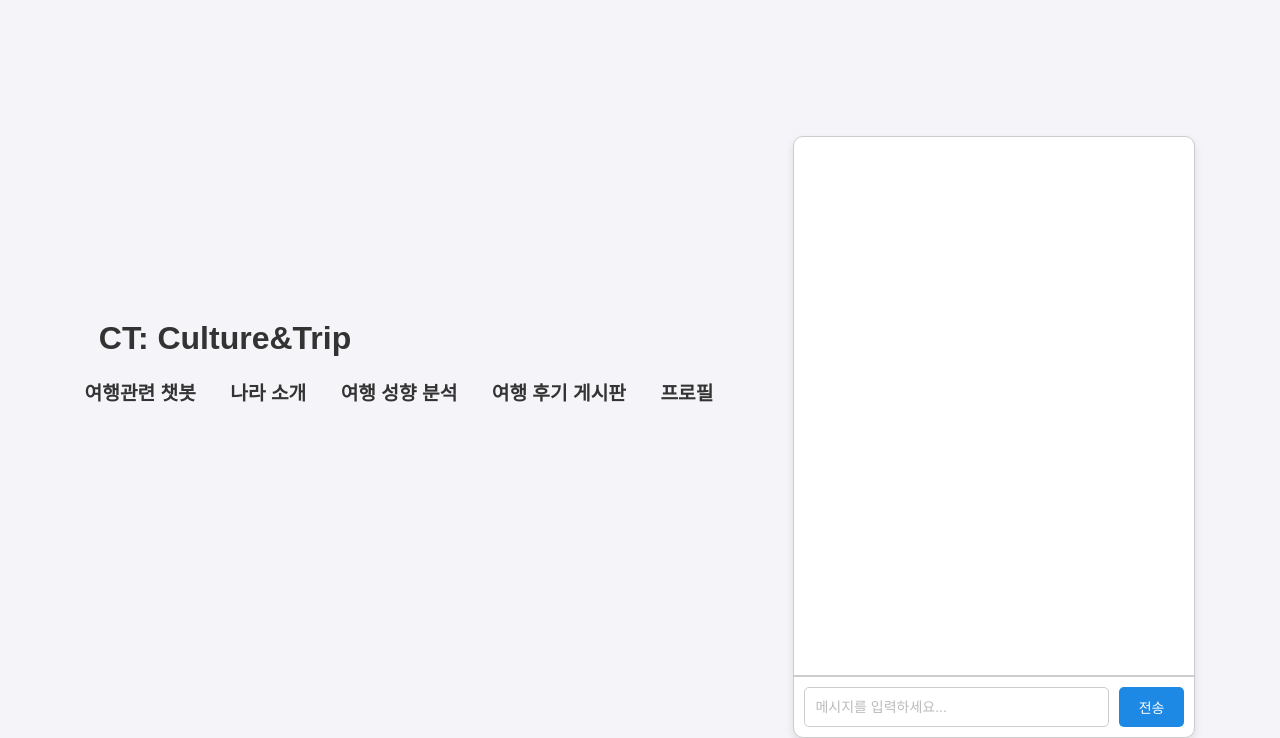
Repository: LifeIsRightward/WebServer
Page: http://localhost/JSPBook/Project/View/Chatbot.jsp?id=null
The author's editor kept a copy of each file at every save. The page is drawn from the files as they stood at one save, then again after the next save.
The browser window is 1280 px wide. The pictures show the whole page.
The page is served by Tomcat 9. Other server files are loaded and not shown.

Above is the page before, as saved 2024-06-09 18:49:13.

### JSPBook/src/main/webapp/Project/View/Chatbot.jsp
<%@ page language="java" contentType="text/html; charset=UTF-8"
    pageEncoding="UTF-8"%>
<!DOCTYPE html>
<html>
<head>
<meta charset="EUC-KR">
<title>Insert title here</title>
<script src="https://code.jquery.com/jquery-3.4.1.js"></script>
<style>
    body {
        display: flex;
        justify-content: center;
        align-items: center;
        height: 100vh;
        margin: 0;
        background-color: #f4f4f9;
        font-family: Arial, sans-serif;
    }
    .message {
        border-top: 1px solid #ccc;
        padding: 10px;
        margin-top: 5px;
        background-color: #ffffff;
        border-radius: 5px;
        box-shadow: 0 1px 3px rgba(0, 0, 0, 0.1);
    }
    .message:nth-child(odd) {
        background-color: #f1f1f1;
    }
    #chat-container {
        width: 400px;
        height: 600px;
        display: flex;
        flex-direction: column;
        border: 1px solid #ccc;
        border-radius: 10px;
        box-shadow: 0 4px 8px rgba(0, 0, 0, 0.1);
        background-color: #fff;
        margin-top: 12%;
    }
    #chat-messages {
        flex: 1;
        overflow-y: auto;
        padding: 20px;
        display: flex;
        flex-direction: column-reverse;
        border-bottom: 1px solid #ccc;
    }
    #user-input {
        display: flex;
        padding: 10px;
        border-top: 1px solid #ccc;
    }
    #user-input input {
        flex: 1;
        padding: 10px;
        outline: none;
        border: 1px solid #ccc;
        border-radius: 5px;
        margin-right: 10px;
        font-size: 14px;
    }
    #user-input input::placeholder {
        color: #bbb;
    }
    #user-input button {
        border: none;
        background-color: #1e88e5;
        color: white;
        padding: 10px 20px;
        border-radius: 5px;
        cursor: pointer;
        font-size: 14px;
    }
    #user-input button:hover {
        background-color: #1565c0;
    }
    #user-input button:active {
        background-color: #0d47a1;
    }

    header > h1{
	margin-left:2%;
}

h1 > a{
	text-decoration: none; /* 기본 텍스트 장식 제거 */
	color: #333; /* 링크 색상 */
}

nav ul {
    list-style: none; /* 기본 목록 스타일 제거 */
    margin-right: 50px;
    padding: 0; /* 여백 제거 */
    text-align: right; /* 오른쪽 정렬 */
}

nav li {
    display: inline-block; /* li 요소를 가로로 나열 */
    margin-right: 30px; /* 각 li 요소 사이 여백 */
}

nav a {
    color: #333; /* 링크 색상 */
    text-decoration: none; /* 기본 텍스트 장식 제거 */
    font-weight: bold; /* 글씨체 강조 */
    font-size: 1.2em;
}

nav a:hover {
    color: #408080; /* 마우스 호버 시 링크 색상 변경 */
}

</style>
</head>
<body>
	<%
    	request.setCharacterEncoding("utf-8");
    	String uid = request.getParameter("id");
    %>
	<header>
        <h1><a href="index.jsp?id=<%=uid%>">CT: Culture&Trip</a></h1>
        <nav>
            <ul>
            	<li><a href="Chatbot.jsp?id=<%=uid%>">여행관련 챗봇</a></li>
                <li><a href="NationalInfo/nationalinfo.jsp?id=<%=uid%>">나라 소개</a></li>
                <li><a href="https://stti.tripbuilder.co.kr/">여행 성향 분석</a></li>
                <li><a href="tripcommunity.jsp?id=<%=uid%>">여행 후기 게시판</a></li>
                <li><a href="profile.jsp?id=<%=uid%>">프로필</a></li>
            </ul>
        </nav>
    </header>
    <div id="chat-container">
        <div id="chat-messages"></div>
        <div id="user-input">
            <input type="text" placeholder="메시지를 입력하세요..." />
            <button>전송</button>
        </div>
    </div>
    <script type="text/javascript" src="../js/Chatbot.js"></script>
</body>
</html>

### JSPBook/src/main/webapp/Project/js/Chatbot.js
// 채팅 메시지를 표시할 DOM
const chatMessages = document.querySelector('#chat-messages');

// 사용자 입력 필드
const userInput = document.querySelector('#user-input input');

// 전송 버튼
const sendButton = document.querySelector('#user-input button');

// 발급받은 OpenAI API 키를 변수로 저장(주 계정)
const apiKey = 'sk-proj-Jqxf9kRHs1TAusLjZHUaT3BlbkFJgy2ptzOiuK0lfbx0xLxR';
// 발급받은 OpenAI API 키를 변수로 저장(부 계정)
//const apiKey = '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';


// OpenAI API 엔드포인트 주소를 변수로 저장
const apiEndpoint = 'https://api.openai.com/v1/chat/completions';

function addMessage(sender, message) {
    // 새로운 div 생성
    const messageElement = document.createElement('div');
    // 생성된 요소에 클래스 추가
    messageElement.className = 'message';
    // 채팅 메시지 목록에 새로운 메시지 추가
    messageElement.textContent = `${sender}: ${message}`;
    chatMessages.prepend(messageElement);
}

// ChatGPT API 요청
async function fetchAIResponse(prompt) {
    // API 요청에 사용할 옵션을 정의
    const requestOptions = {
        method: 'POST',
        // API 요청의 헤더를 설정
        headers: {
            'Content-Type': 'application/json',
            'Authorization': `Bearer ${apiKey}`
        },
        body: JSON.stringify({
            model: "gpt-3.5-turbo",  // 사용할 AI 모델
            messages: [{
                role: "user", // 메시지 역할을 user로 설정
                content: prompt // 사용자가 입력한 메시지
            }],
            temperature: 0.8, // 모델의 출력 다양성
            max_tokens: 1024, // 응답받을 메시지 최대 토큰(단어) 수 설정
            top_p: 1, // 토큰 샘플링 확률을 설정
            frequency_penalty: 0.5, // 일반적으로 나오지 않는 단어를 억제하는 정도
            presence_penalty: 0.5, // 동일한 단어나 구문이 반복되는 것을 억제하는 정도
            stop: ["Human"] // 생성된 텍스트에서 종료 구문을 설정
        })
    };

    //API 요청후 응답 처리
    try {
        const response = await fetch(apiEndpoint, requestOptions);
        const data = await response.json();

        // 응답에서 choices 배열이 존재하는지 확인
        if (!data.choices || data.choices.length === 0) {
            throw new Error('API 응답에 choices 배열이 없습니다.');
        }

        const aiResponse = data.choices[0].message.content;
        return aiResponse;
    } catch (error) {
        console.error('OpenAI API 호출 중 오류 발생:', error);
        return 'OpenAI API 호출 중 오류 발생';
    }
}

// 전송 버튼 클릭 이벤트 처리
sendButton.addEventListener('click', async () => {
    // 사용자가 입력한 메시지
    const message = userInput.value.trim();
    // 메시지가 비어있으면 리턴
    if (message.length === 0) return;
    // 사용자 메시지 화면에 추가
    addMessage('나', message);
    userInput.value = '';
    //ChatGPT API 요청후 답변을 화면에 추가
    const aiResponse = await fetchAIResponse(message);
    addMessage('챗봇', aiResponse);
});

// 사용자 입력 필드에서 Enter 키 이벤트를 처리
userInput.addEventListener('keydown', (event) => {
    if (event.key === 'Enter') {
        sendButton.click();
    }
});

After the next save:
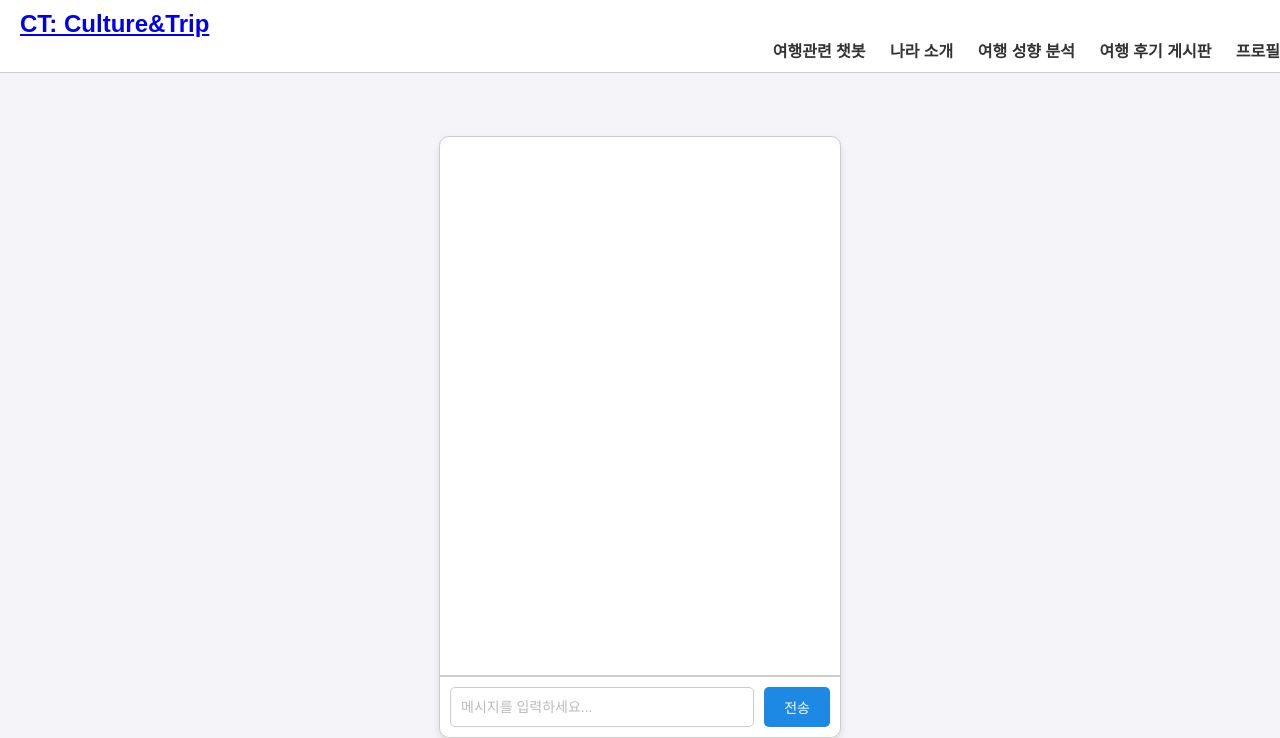
Saved 2 min 29 s later.
--- a/JSPBook/src/main/webapp/Project/View/Chatbot.jsp
+++ b/JSPBook/src/main/webapp/Project/View/Chatbot.jsp
@@ -79,37 +79,46 @@
         background-color: #0d47a1;
     }
 
-    header > h1{
-	margin-left:2%;
+header {
+    position: fixed;
+    top: 0;
+    left: 0;
+    width: 100%;
+    background-color: #ffffff; /* header 배경색 설정 */
+    border-bottom: 1px solid #ccc; /* header와 content 사이에 구분선 추가 */
+    z-index: 1000; /* 다른 요소 위에 표시되도록 z-index 설정 */
+    padding: 10px 20px; /* header 내부 padding 설정 */
 }
 
-h1 > a{
-	text-decoration: none; /* 기본 텍스트 장식 제거 */
-	color: #333; /* 링크 색상 */
+header > h1 {
+    margin: 0;
+    font-size: 24px; /* 제목 글자 크기 설정 */
+}
+
+nav {
+    float: right; /* 네비게이션 메뉴를 오른쪽으로 배치 */
 }
 
 nav ul {
-    list-style: none; /* 기본 목록 스타일 제거 */
-    margin-right: 50px;
-    padding: 0; /* 여백 제거 */
-    text-align: right; /* 오른쪽 정렬 */
+    margin: 0;
+    padding: 0;
 }
 
 nav li {
-    display: inline-block; /* li 요소를 가로로 나열 */
-    margin-right: 30px; /* 각 li 요소 사이 여백 */
+    display: inline-block;
+    margin-right: 20px;
 }
 
 nav a {
-    color: #333; /* 링크 색상 */
-    text-decoration: none; /* 기본 텍스트 장식 제거 */
-    font-weight: bold; /* 글씨체 강조 */
-    font-size: 1.2em;
+    color: #333;
+    text-decoration: none;
+    font-weight: bold;
 }
 
 nav a:hover {
-    color: #408080; /* 마우스 호버 시 링크 색상 변경 */
+    color: #408080;
 }
+
 
 </style>
 </head>

After the save that followed:
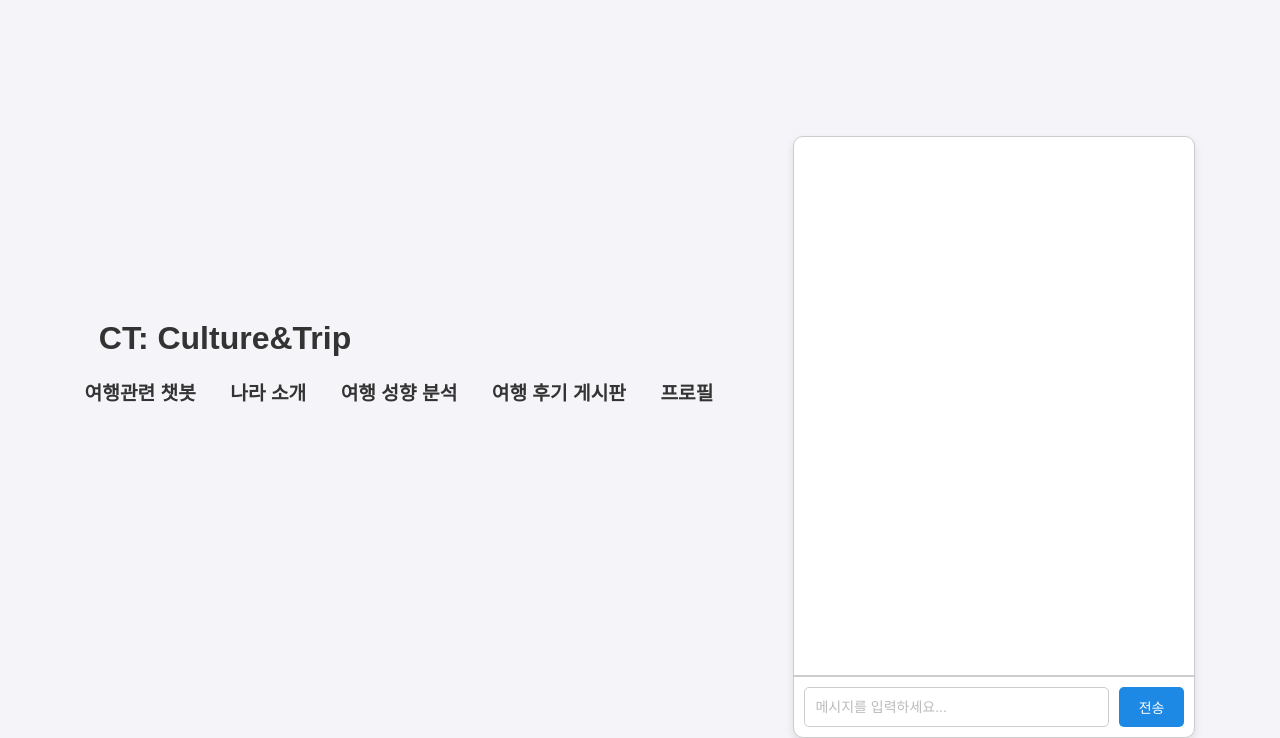
Saved 20 s later.
--- a/JSPBook/src/main/webapp/Project/View/Chatbot.jsp
+++ b/JSPBook/src/main/webapp/Project/View/Chatbot.jsp
@@ -79,46 +79,37 @@
         background-color: #0d47a1;
     }
 
-header {
-    position: fixed;
-    top: 0;
-    left: 0;
-    width: 100%;
-    background-color: #ffffff; /* header 배경색 설정 */
-    border-bottom: 1px solid #ccc; /* header와 content 사이에 구분선 추가 */
-    z-index: 1000; /* 다른 요소 위에 표시되도록 z-index 설정 */
-    padding: 10px 20px; /* header 내부 padding 설정 */
+header > h1{
+	margin-left:2%;
 }
 
-header > h1 {
-    margin: 0;
-    font-size: 24px; /* 제목 글자 크기 설정 */
-}
-
-nav {
-    float: right; /* 네비게이션 메뉴를 오른쪽으로 배치 */
+h1 > a{
+	text-decoration: none; /* 기본 텍스트 장식 제거 */
+	color: #333; /* 링크 색상 */
 }
 
 nav ul {
-    margin: 0;
-    padding: 0;
+    list-style: none; /* 기본 목록 스타일 제거 */
+    margin-right: 50px;
+    padding: 0; /* 여백 제거 */
+    text-align: right; /* 오른쪽 정렬 */
 }
 
 nav li {
-    display: inline-block;
-    margin-right: 20px;
+    display: inline-block; /* li 요소를 가로로 나열 */
+    margin-right: 30px; /* 각 li 요소 사이 여백 */
 }
 
 nav a {
-    color: #333;
-    text-decoration: none;
-    font-weight: bold;
+    color: #333; /* 링크 색상 */
+    text-decoration: none; /* 기본 텍스트 장식 제거 */
+    font-weight: bold; /* 글씨체 강조 */
+    font-size: 1.2em;
 }
 
 nav a:hover {
-    color: #408080;
+    color: #408080; /* 마우스 호버 시 링크 색상 변경 */
 }
-
 
 </style>
 </head>
